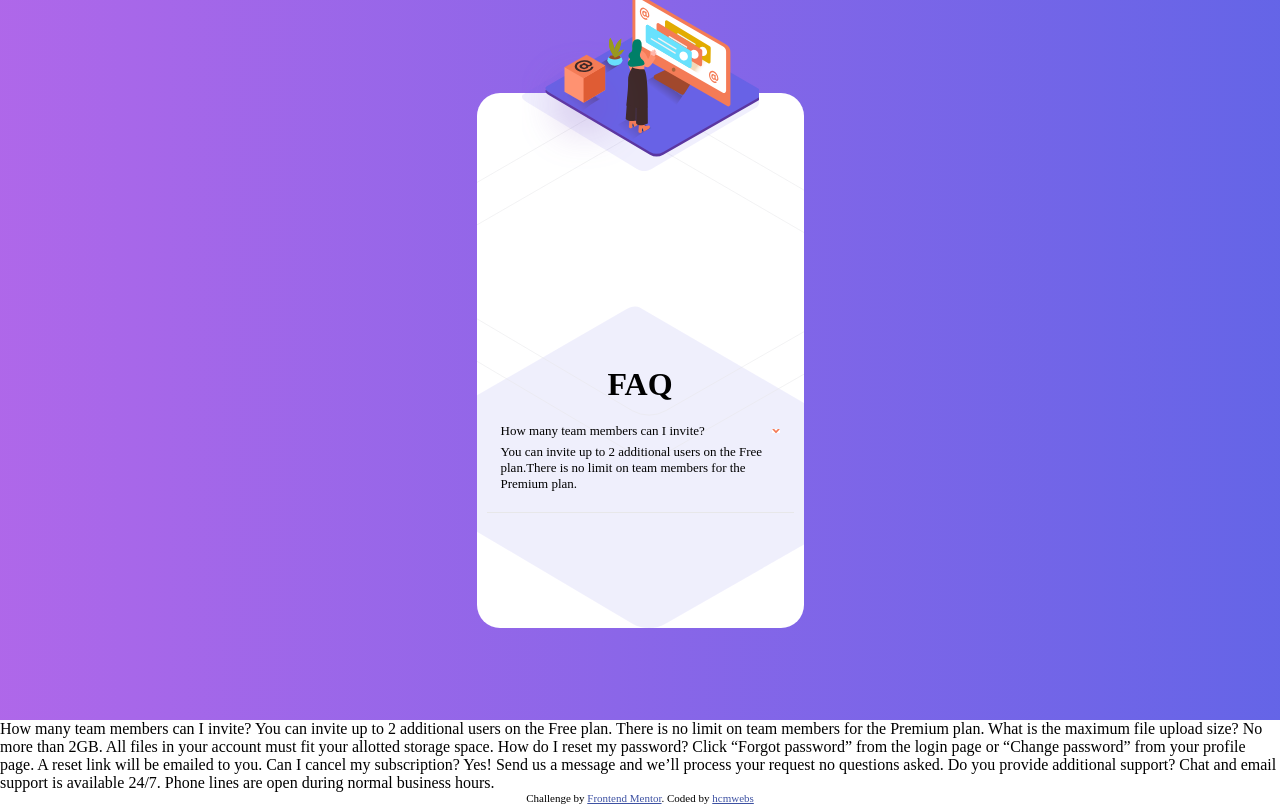
Repository: Hcmwebs/faq-accordion-card
Page: index.html
An editor plug-in stored every save of this project. The page is shown before and after the next save, followed by the edit.
The browser window is 1280 px wide. The pictures show the whole page.
The style sheet was rebuilt from its Sass, Less or Tailwind sources for each picture, by a compiler version that may differ from the author's.

Above is the page before, as saved 2020-11-06 02:45:31.

### index.html
<!DOCTYPE html>
<html lang="en">
  <head>
    <meta charset="UTF-8" />
    <meta name="viewport" content="width=device-width, initial-scale=1.0" />
    <!-- displays site properly based on user's device -->

    <link
      rel="icon"
      type="image/png"
      sizes="32x32"
      href="./images/favicon-32x32.png"
    />
    <link rel="stylesheet" href="css/main.min.css" />

    <title>Frontend Mentor | FAQ Accordion Card</title>

    <!-- Feel free to remove these styles or customise in your own stylesheet 👍 -->
    <style>
      .attribution {
        font-size: 11px;
        text-align: center;
      }
      .attribution a {
        color: hsl(228, 45%, 44%);
      }
    </style>
  </head>
  <body>
    <div class="container">
      <div class="card">
        <div class="card__header">
          <img
            src="/images/illustration-woman-online-mobile.svg"
            alt="image of a woman online"
          />
        </div>

        <div class="card__body">
          <h1 class="card__body--title">faq</h1>
          <div class="card__body--item">
            <div class="card__body--item--title">
              <h2>How many team members can I invite?</h2>
              <button>
                <img src="/images/icon-arrow-down.svg" alt="icon-arrow-down" />
              </button>
            </div>
            <p>
              You can invite up to 2 additional users on the Free <br />
              plan.There is no limit on team members for the Premium plan.
            </p>
          </div>
          <div class="card__body--divider"></div>
        </div>
      </div>
    </div>

    How many team members can I invite? You can invite up to 2 additional users
    on the Free plan. There is no limit on team members for the Premium plan.
    What is the maximum file upload size? No more than 2GB. All files in your
    account must fit your allotted storage space. How do I reset my password?
    Click “Forgot password” from the login page or “Change password” from your
    profile page. A reset link will be emailed to you. Can I cancel my
    subscription? Yes! Send us a message and we’ll process your request no
    questions asked. Do you provide additional support? Chat and email support
    is available 24/7. Phone lines are open during normal business hours.

    <div class="attribution">
      Challenge by
      <a href="https://www.frontendmentor.io?ref=challenge" target="_blank"
        >Frontend Mentor</a
      >. Coded by
      <a
        href="https://github.com/Hcmwebs/faq-accordion-card.git"
        target="_blank"
        rel="noopener noreferrer"
        >hcmwebs</a
      >
    </div>
  </body>
</html>

### scss/main.scss

// /*====fonts====*/

// @import url('https://fonts.googleapis.com/css2?family=Kumbh+Sans:wght@400;700&display=swap');

// $font-stack: 'Kumbh Sans',sans-serif;
// $font-size: 10px;
// $font-light: 400;
// $font-bold: 700;


// /*====primary color====*/
// /*====text-color====*/

// $veryDarkDesaturatedBlue: hsl(238, 29%, 16%);
// $softRed: hsl(14, 88%, 65%);

// /*====background -gradient====*/

// $gradientSoftViolet: hsl(273, 75%, 66%);
// $gradientSoftBlue: hsl(240, 73%, 65%);

// /*====Neutral color====*/
// /*====text-color====*/

// $veryDarkGrayishBlue: hsl(237, 12%, 33%);
// $darkGrayishBlue: hsl(240, 6%, 50%);

// /*====dividers-color====*/

// $dividersLightGrayishBlue: hsl(240, 5%, 91%);

@import 'variables';
@import 'mixins';


*{
  margin: 0;
  padding: 0;
  box-sizing: border-box;
}

.body{
width: 100%;
height: 100vh;
font-family: 'Kumbh Sans',sans-serif;
font-size: $font-size;
font-weight: $font-light;
@include grid($center, $center);
}

.container{
  width: 100%;
  height: 100vh;
  background: linear-gradient(90deg,$gradientSoftViolet 0%,$gradientSoftBlue 100%);
  @include flex($column, $center, $center);

  .card{
    width: 327px;
    height:535px;
    background-color: #fff;
    border-radius:23px;
    padding: 10px;
    @include flex(column,space-between,center);


    &__header{
      width: 237px;
      height: 180px;
      background-image: url(/images/bg-pattern-mobile.svg );
      background-size:contain;
      background-repeat: no-repeat;
      background-position: bottom center;
      transform: translateY(-110px);

      img{
        width: 100%;
        height: 100%;
        object-fit: cover;
      }

    }


    &__body{
      @include flex($column,$center,$center);
      width: 100%;
      height: 80%;

      &--title{
      font-weight: $font-bold;
      font-size: 32px;
      text-transform: uppercase;
      margin-bottom: 20px;
      }

      &--item{
        width: 279px;

        @include grid($center,$center);


        &--title{
          width: 100%;
          @include flex($row,$spaceBetween,$center);

          h2{
            font-size: 13px;
            font-weight: $font-light;
          }

          button{
            border: none;
            @include grid($center,$center);



            img{
              width: 8px;
              height: 4px;
              object-fit: cover;
              color:$softRed;
              background-color:#fff;

            }
          }
        }

        p{
          font-size: 13px;
          margin-top: 5px;
          // display: none;
        }

      }

      &--divider{
        width: 100%;
        height: 1px;
        background-color:$dividersLightGrayishBlue;

        margin: 20px 0;
      }


    }

  }
}

@import 'medias';

### scss/_variables.scss
/*====fonts====*/

@import url('https://fonts.googleapis.com/css2?family=Kumbh+Sans:wght@400;700&display=swap');

$font-stack: 'Kumbh Sans',sans-serif;
$font-size: 10px;
$font-light: 400;
$font-bold: 700;


/*====primary color====*/
/*====text-color====*/

$veryDarkDesaturatedBlue: hsl(238, 29%, 16%);
$softRed: hsl(14, 88%, 65%);

/*====background -gradient====*/

$gradientSoftViolet: hsl(273, 75%, 66%) ;
$gradientSoftBlue: hsl(240, 73%, 65%);

/*====Neutral color====*/
/*====text-color====*/

$veryDarkGrayishBlue: hsl(237, 12%, 33%);
$darkGrayishBlue: hsl(240, 6%, 50%);

/*====dividers-color====*/

$dividersLightGrayishBlue: hsl(240, 5%, 91%);


/*====alignments====*/
$flexStart: flex-start;
$flexEnd: flex-End;
$center: center;
$spaceAround: space-around;
$spaceBetween: space-between;


/*====placeItems====*/

$placeItems: place-items;


/*====justify====*/

$justify: justify-content;

/*====align====*/
$align: align-items;

/*====direction====*/
$direction: flex-direction;
$row:row;
$column:column;

### scss/_mixins.scss
/*====grid====*/
@mixin grid ($justify,$align){

  display: grid;
  justify-content: $justify;
  align-items: $align;
}

@mixin flex ($direction, $justify, $align) {
  display: flex;
  flex-direction: $direction;
  justify-content: $justify;
  align-items: $align;

}

### scss/_medias.scss
/*====Mobile: 375px;====*/
/*====Desktop: 1440px;====*/


@media(max-width: 1440px){
  .container{
    min-width: 800px;


    .card{
      background-position: center center;
      background-repeat:no-repeat;
      background-size:cover;
      background-image:url(/images/bg-pattern-desktop.svg);
    }
  }
}

@media(max-width:375px){
  .container{
    min-width:320px;
  }
}

After the next save:
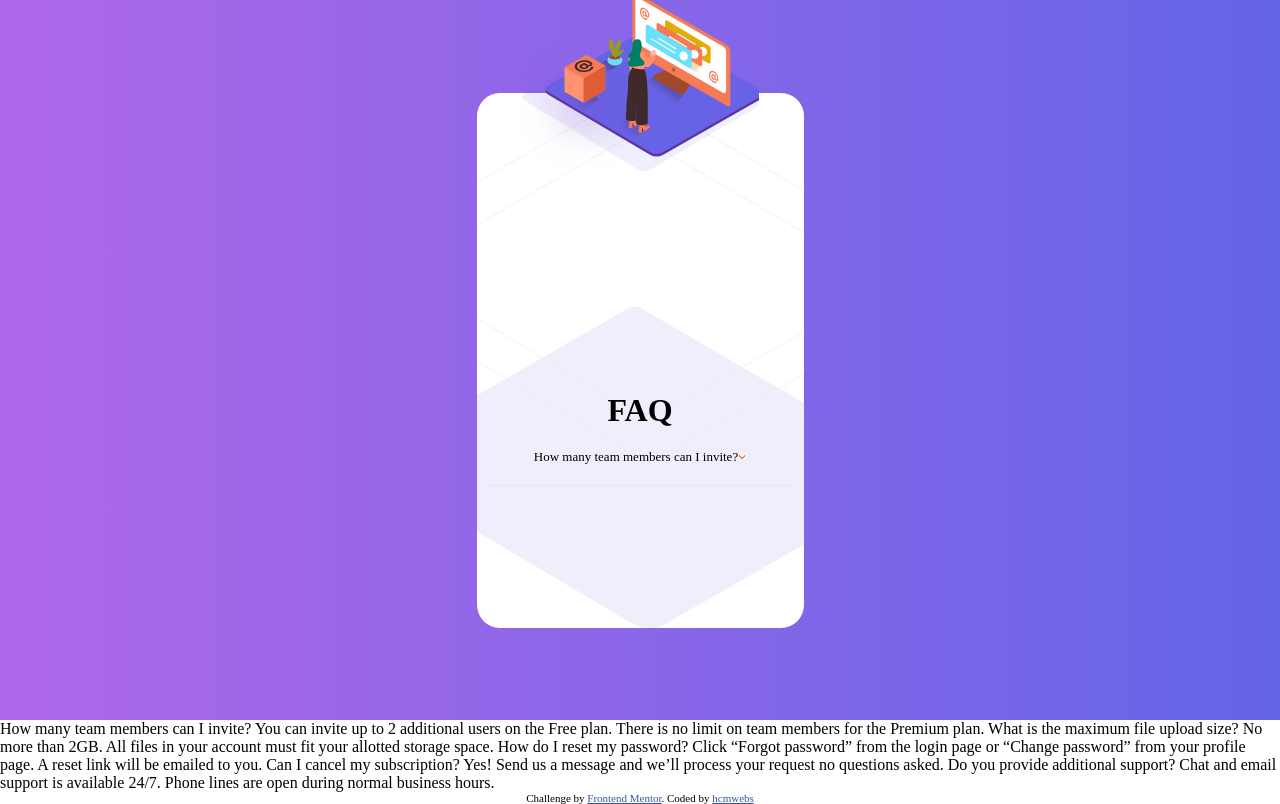
Saved 3 min 58 s later.
--- a/scss/main.scss
+++ b/scss/main.scss
@@ -129,7 +129,7 @@ font-weight: $font-light;
         p{
           font-size: 13px;
           margin-top: 5px;
-          // display: none;
+          display: none;
         }
 
       }
